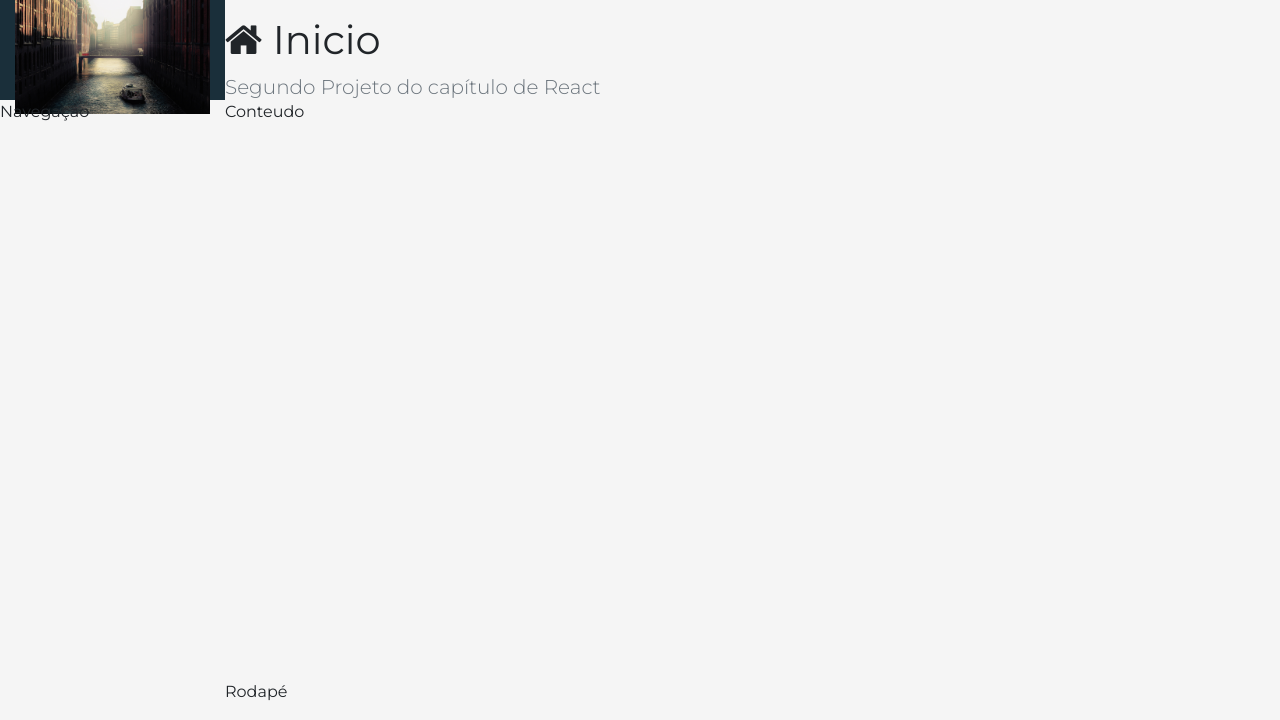
Repository: eversonps/projeto-cadastro-usuarios-firebase
Page: /users (app in frontend/)
An editor plug-in stored every save of this project. The page is shown before and after a run of saves, followed by the edit.
The browser window is 1280 px wide. The pictures show the whole page.
The project was rebuilt for these pictures with package versions that can differ from the ones it lists, and the page was loaded fresh each time. Also part of the build but not shown: frontend/src/components/template/nav.css, frontend/src/components/template/header.css, frontend/src/components/template/footer.css.

Above is the page before, as saved 2022-03-22 13:00:10.

### frontend/public/index.html
<!DOCTYPE html>
<html lang="en">
  <head>
    <meta charset="utf-8" />
    <link rel="icon" href="%PUBLIC_URL%/favicon.ico" />
    <link rel="preconnect" href="https://fonts.googleapis.com">
    <link rel="preconnect" href="https://fonts.gstatic.com" crossorigin>
    <link href="https://fonts.googleapis.com/css2?family=Montserrat:wght@300;400;700&display=swap" rel="stylesheet">
    <meta name="viewport" content="width=device-width, initial-scale=1" />
    <meta name="theme-color" content="#000000" />
    <meta
      name="description"
      content="Web site created using create-react-app"
    />
    <link rel="apple-touch-icon" href="%PUBLIC_URL%/logo192.png" />
    <!--
      manifest.json provides metadata used when your web app is installed on a
      user's mobile device or desktop. See https://developers.google.com/web/fundamentals/web-app-manifest/
    -->
    <link rel="manifest" href="%PUBLIC_URL%/manifest.json" />
    <!--
      Notice the use of %PUBLIC_URL% in the tags above.
      It will be replaced with the URL of the `public` folder during the build.
      Only files inside the `public` folder can be referenced from the HTML.

      Unlike "/favicon.ico" or "favicon.ico", "%PUBLIC_URL%/favicon.ico" will
      work correctly both with client-side routing and a non-root public URL.
      Learn how to configure a non-root public URL by running `npm run build`.
    -->
    <title>React App</title>
  </head>
  <body>
    <noscript>You need to enable JavaScript to run this app.</noscript>
    <div id="root"></div>
    <!--
      This HTML file is a template.
      If you open it directly in the browser, you will see an empty page.

      You can add webfonts, meta tags, or analytics to this file.
      The build step will place the bundled scripts into the <body> tag.

      To begin the development, run `npm start` or `yarn start`.
      To create a production bundle, use `npm run build` or `yarn build`.
    -->
  </body>
</html>

### frontend/src/index.js
import React from 'react';
import ReactDOM from 'react-dom';
import './index.css';
import App from './main/app';
import reportWebVitals from './reportWebVitals';

ReactDOM.render(
  <React.StrictMode>
    <App />
  </React.StrictMode>,
  document.getElementById('root')
);

// If you want to start measuring performance in your app, pass a function
// to log results (for example: reportWebVitals(console.log))
// or send to an analytics endpoint. Learn more: https://bit.ly/CRA-vitals
reportWebVitals();

### frontend/src/main/app.jsx
import "./app.css"
import "bootstrap/dist/css/bootstrap.min.css"
import "font-awesome/css/font-awesome.min.css"

import React from "react"

import Logo from "../components/template/logo"
import Nav from "../components/template/nav"
import Main from "../components/template/main"
import Footer from "../components/template/footer"

export default props => {
    return (
        <div className="app">
        <Logo></Logo>
        <Nav></Nav>
        <Main icon="home" title="Inicio" subtitle="Segundo Projeto do capítulo de React"></Main>
        <Footer></Footer>
    </div>
    )
}

### frontend/src/main/app.css
:root{
    --bg-dark: #1A2F3A;
    --logo-height: 100px;
    --header-height: 100px;
    --aside-width: 225px;
    --footer-height: 40px;

    --shadow: 0 2px 23px 0 rgba(0, 0, 0, 0.1), 0 2px 49px 0 rgba(0, 0, 0, 0.06);
}

* {
    box-sizing: border-box;
    font-family: 'Montserrat', sans-serif;
}

.app{
    margin: 0px;
    display: grid;
    grid-template-columns: var(--aside-width) 1fr;
    grid-template-rows: var(--header-height) 1fr var(--footer-height);
    grid-template-areas:
        "logo header"
        "menu content"
        "menu footer";
    height: 100vh;
    background-color: #F5F5F5;
}

aside.logo{
    grid-area: logo;
}

header.header{
    grid-area: header;
}

aside.menu-area{
    grid-area: menu;
}

main.content{
    grid-area: content;
}

footer.footer{
    grid-area: footer;
}

### frontend/src/components/template/logo.jsx
import React from "react"
import "./logo.css"
import logo from "../../assets/images/logo.jpg"

export default props => (
    <aside className="logo">
        <a href="/" className="logo">
            <img src={logo} alt="logo" />
        </a>
    </aside>
)

### frontend/src/components/template/nav.jsx
import React from "react"
import "./nav.css"

export default props => {
    return (
        <aside className="menu-area">
            Navegação
        </aside>
    )
}

### frontend/src/components/template/main.jsx
import React from "react"
import Header from "./header"

export default props => (
    <>
        <Header {...props}></Header>
        <main className="content">
            Conteudo
        </main>
    </>
)

### frontend/src/components/template/footer.jsx
import React from "react";
import "./footer.css"

export default props => (
    <footer className="footer">Rodapé</footer>
)

### frontend/src/components/template/logo.css
aside.logo{
    background-color: var(--bg-dark);
    display: flex;
    justify-content: center;
    align-items: center;
}

aside.logo img {
    padding: 15px;
    width: 100%;
}

### frontend/src/components/template/header.jsx
import React from "react";
import "./header.css"

export default props => (
    <header className="header d-none d-sm-flex flex-column">
        <h1 className="mt-3">
            <i className={`fa fa-${props.icon}`}></i> {props.title}
        </h1>
        <p className="lead text-muted">{props.subtitle}</p>
    </header>
)

Loaded but not shown: frontend/src/index.css (common file); frontend/src/reportWebVitals.js (common file)

After the next 2 saves:
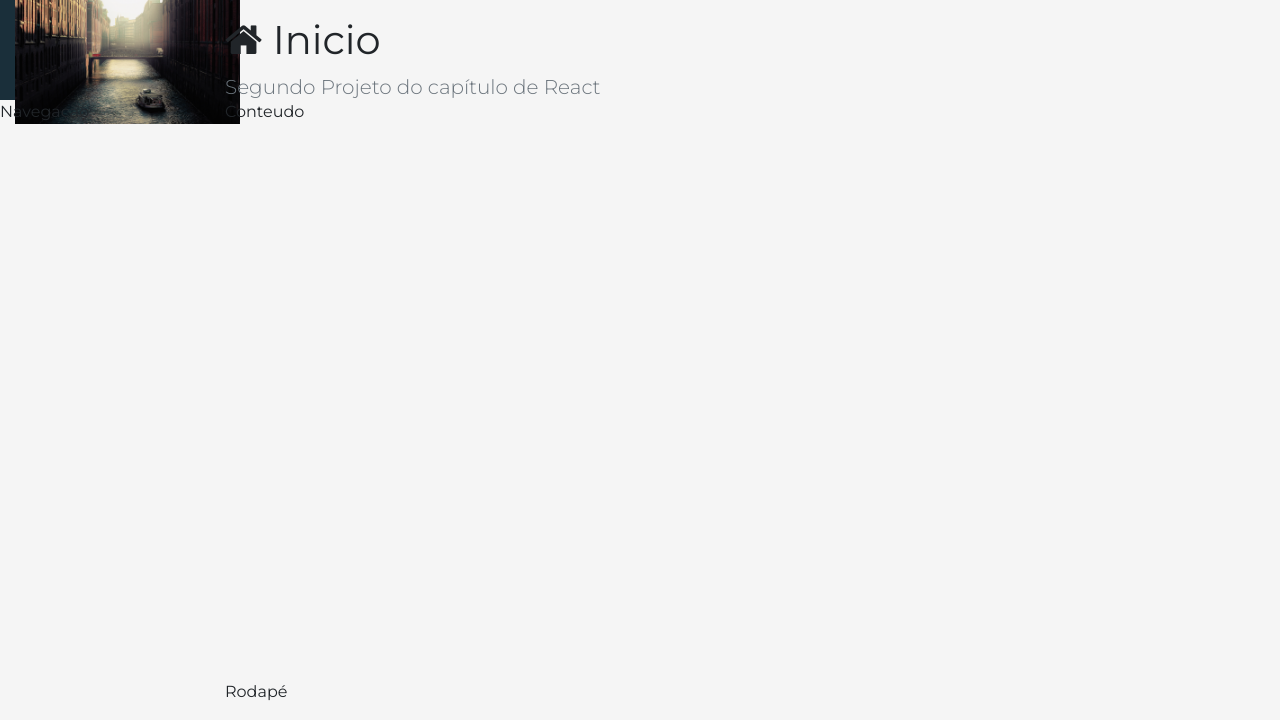
The 2 saves are shown as one change because they came seconds apart.
The last was saved 17 s later.
--- a/frontend/src/components/template/logo.css
+++ b/frontend/src/components/template/logo.css
@@ -6,6 +6,6 @@
 }
 
 aside.logo img {
-    padding: 15px;
+    margin: 15px;
     width: 100%;
 }

After the 2 saves that followed:
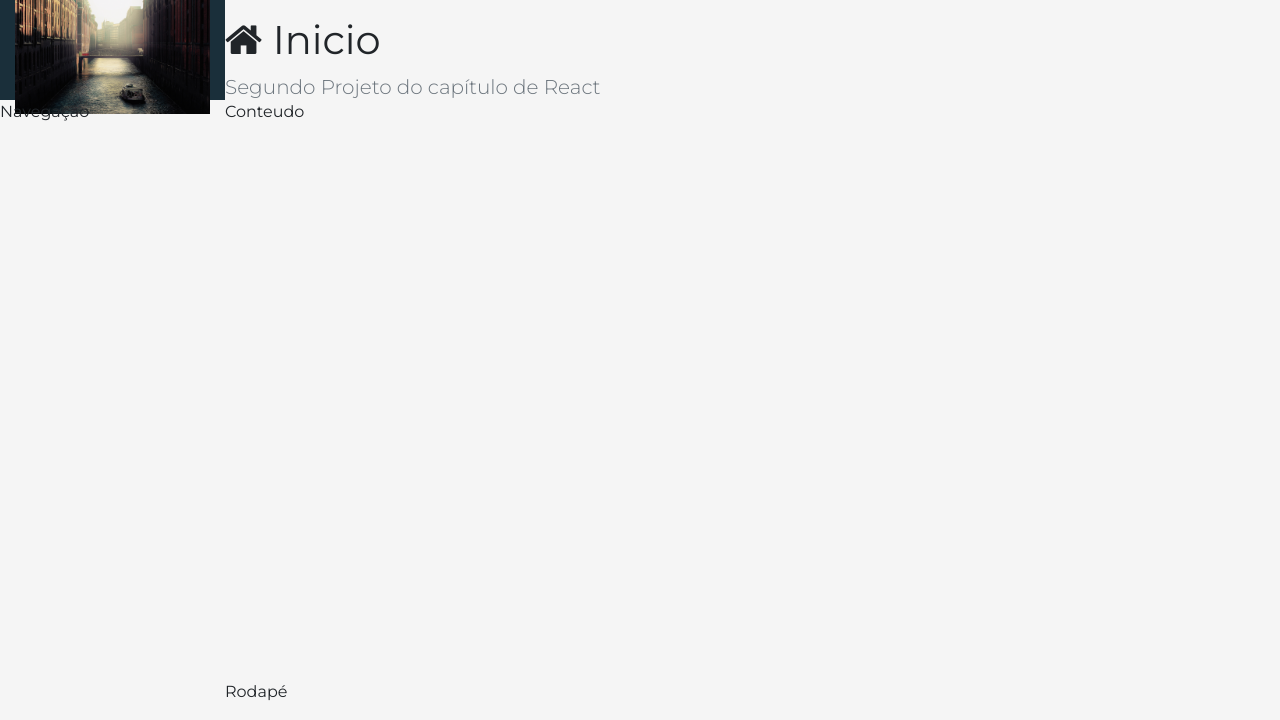
The 2 saves are shown as one change because they came seconds apart.
The last was saved 13 s later.
--- a/frontend/src/components/template/logo.css
+++ b/frontend/src/components/template/logo.css
@@ -6,6 +6,6 @@
 }
 
 aside.logo img {
-    margin: 15px;
+    padding: 0px 15px;
     width: 100%;
 }
